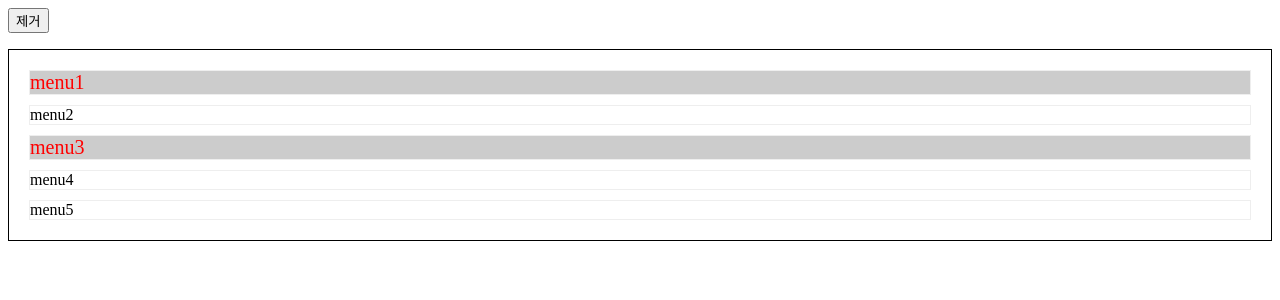
Repository: swc0516s/EZEN-JS
Page: JavaScript Workspace Lecture/JavaScript_jQuery_03/WebContent/Chapter05/5_14.html
The author's editor kept a copy of each file at every save. The page is drawn from the files as they stood at one save, then again after the next save.
The browser window is 1280 px wide. The pictures show the whole page.

Above is the page before, as saved 2022-03-22 01:48:45.

After the next save:
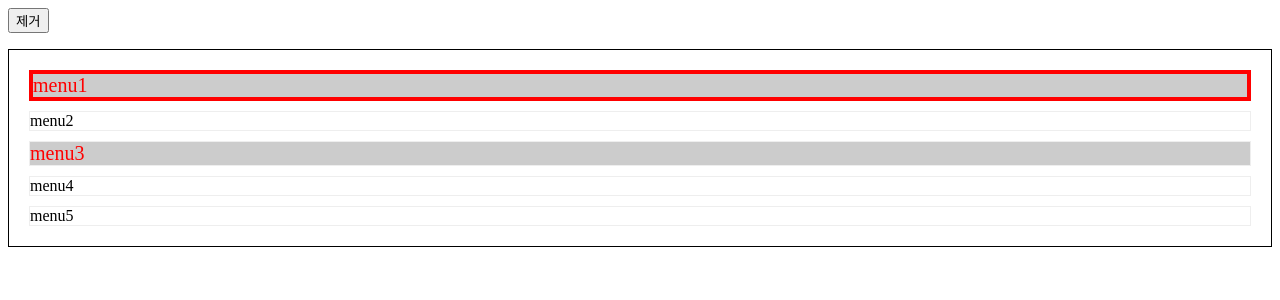
Saved 7 s later.
--- a/JavaScript Workspace Lecture/JavaScript_jQuery_03/WebContent/Chapter05/5_14.html
+++ b/JavaScript Workspace Lecture/JavaScript_jQuery_03/WebContent/Chapter05/5_14.html
@@ -47,7 +47,7 @@ ul.menu li.border {
 <body>
 	<button id="remove">제거</button>
 	<ul class="menu">
-		<li class="select">menu1</li>
+		<li class="select border">menu1</li>
 		<li>menu2</li>
 		<li class="select">menu3</li>
 		<li>menu4</li>
